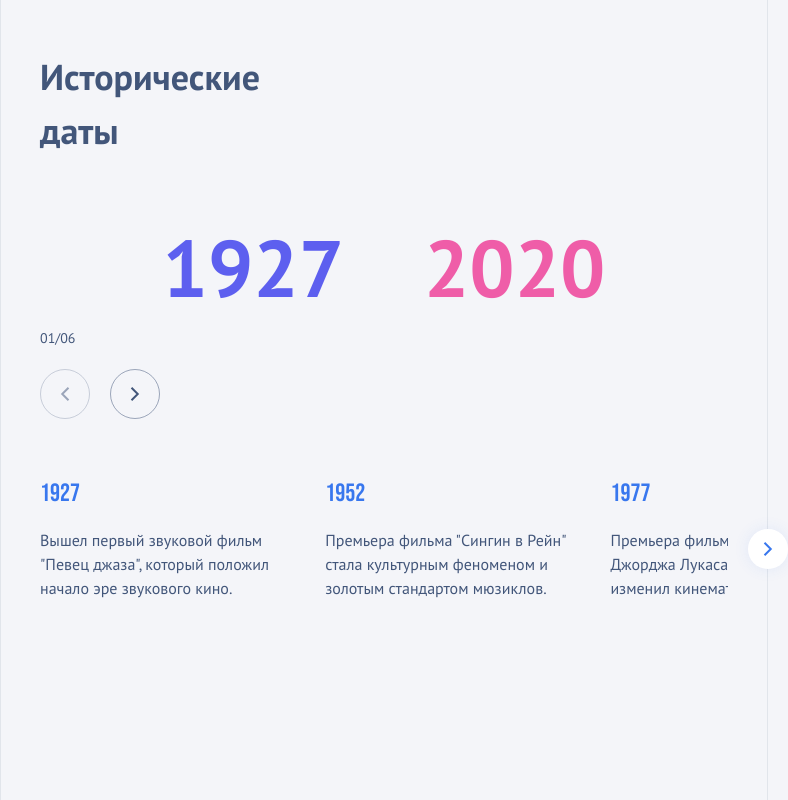
Repository: LenarTulupov/only
Page: /
An editor plug-in stored every save of this project. The page is shown before and after a run of saves, followed by the edit.
The browser window is 768 px wide. The page is 788 px wide, so the pictures cover 788 px, including what lies to the right of the window. The pictures show the whole page.
The project was rebuilt for these pictures with package versions that can differ from the ones it lists, and the page was loaded fresh each time.

Above is the page before, as saved 2024-12-19 02:11:59.

### public/index.html
<!DOCTYPE html>
<html lang="en">
  <head>
    <meta charset="utf-8" />
    <link rel="icon" href="%PUBLIC_URL%/favicon.ico" />
    <meta name="viewport" content="width=device-width, initial-scale=1" />
    <meta name="theme-color" content="#000000" />
    <meta
      name="description"
      content="Web site created using create-react-app"
    />
    <link rel="apple-touch-icon" href="%PUBLIC_URL%/logo192.png" />
    <link rel="manifest" href="%PUBLIC_URL%/manifest.json" />
    <title>Only Test</title>
  </head>
  <body>
    <noscript>You need to enable JavaScript to run this app.</noscript>
    <div id="root"></div>
  </body>
</html>

### src/index.tsx
import React from 'react';
import ReactDOM from 'react-dom/client';
import Router from './router/router';
import './globals.scss'

const root = ReactDOM.createRoot(
  document.getElementById('root') as HTMLElement
);
root.render(
  <React.StrictMode>
    <Router />
  </React.StrictMode>
);

### src/router/router.tsx
import { BrowserRouter, Route, Routes } from "react-router-dom";
import HomePage from "../pages/home/page";
import PagesLayout from "../layouts/pages-layout";

export default function Router() {
  return (
    <BrowserRouter>
      <Routes>
        <Route element={<PagesLayout />}>
          <Route path="/" element={<HomePage />} />
        </Route>
      </Routes>
    </BrowserRouter>
  )
};

### src/globals.scss
@import url('https://fonts.googleapis.com/css2?family=Bebas+Neue&family=PT+Sans:wght@400;700&display=swap');

:root {
  --background-color: #F4F5F9;
  --main-color: #42567a;
  --main-color-rgba: rgba(66, 86, 122, 0.5);
  --accent-color: #5D5FEF;
  --light-accent-color: #3877EE;
  --accent-second: #EF5DA8;
  --font-main: "PT Sans", serif;
  --font-second: "Bebas Neue", serif;
  --line-height: 150%;
  --font-size-main: 56px;
  --font-size-small: 14px;
  --font-size-big: 200px;
}
body {
  margin: 0;
  padding: 0;
  background-color: var(--background-color);
  color: var(--black-color);
  font-family: var(--font-main);
  line-height: var(--line-height);
}
ul {
  padding: 0;
  margin: 0;
}

li {
  list-style-type: none;
}

a {
  color: var(--black-color);
  text-decoration: none;
}

h1 {
  margin: 0;
}

### src/pages/home/page.tsx
import Container from "../../components/ui/container/container";
import Divider from "../../components/ui/divider/divider";
import HistorySection from "./history/history";
import styles from './page.module.scss';

export default function HomePage() {
  return (
    <div className={styles['home-page']}>
      <Container>
        <div className={styles['home-page__wrapper']}>
          <Divider
            position="vertical"
            className={styles.divider_vertical}
          />
          <HistorySection />
        </div>
      </Container>
    </div>
  )
};

### src/layouts/pages-layout.tsx
import { Outlet } from 'react-router-dom';
import styles from './pages-layout.module.scss';

export default function PagesLayout() {
  return (
    <div className={styles['pages-layout']}>
      <Outlet />
    </div>
  )
};

### src/components/ui/container/container.tsx
import { ReactNode } from "react"
import styles from './container.module.scss';

interface IContainer {
  children: ReactNode;
}

export default function Container({ children }: IContainer) {
  return (
    <div className={styles.container}>
      {children}
    </div>
  )
};

### src/components/ui/divider/divider.tsx
import styles from './divider.module.scss';

interface IDivider {
  position?: 'horizontal' | 'vertical';
  className?: string;
}

export default function Divider({
  position = 'horizontal', className }: IDivider) {
  return <div className={`
    ${styles.divider}
    ${styles[`divider_${position}`]}
    ${className || ''}
  `}/>
};

### src/pages/home/history/history.tsx
import { useState } from "react";
import Title from "../../../components/ui/title/title";
import { circleItems } from "../../../constants/circle-items";
import Circle from "./circle/circle";
import styles from './history.module.scss';
import StepNavigation from "./step-navigation/step-navigation";
import ContentContainer from "../../../components/ui/content-container/content-container";
import Divider from "../../../components/ui/divider/divider";
import Dates from "./dates/dates";
import HistorySlider from "./history-slider/history-slider";

export default function HistorySection() {
  const [activeButton, setActiveButton] = useState<number>(1);
  const activeCategory = circleItems.find((item) => item.id === activeButton);
  const firstDate = activeCategory?.events[0]?.year;
  const lastDate = activeCategory?.events.at(-1)?.year;
  return (
    <section className={styles.history}>
      <Title className={styles.history__title} showBefore>
        Исторические даты
      </Title>
      <div className={styles['history__circle-wrapper']}>
        <Circle
          className={styles.history__circle}
          activeButton={activeButton}
          setActiveButton={setActiveButton}
        />
        <Divider
          position="horizontal"
          className={styles['history__line-center']}
        />
        <Dates
          className={styles.history__dates}
          firstDate={firstDate}
          lastDate={lastDate}
        />
      </div>
      <ContentContainer>
        <StepNavigation
          activeButton={activeButton}
          setActiveButton={setActiveButton}
        />
        <HistorySlider
          activeCategory={activeCategory}
        />
      </ContentContainer>
    </section>
  )
};

### src/pages/home/page.module.scss
.home-page {
  &__wrapper {
    position: relative;
    min-height: 100vh;
    .divider_vertical {
      position: absolute;
      top: 0;
      left: 50%;
      transform: translateX(-50%);
      z-index: -10;
    }
  }

  &__wrapper::before {
    content: "";
    position: absolute;
    top: 0;
    bottom: 0;
    left: 0;
    width: 1px;
    background-color: var(--main-color);
    opacity: 0.1;
  }

  &__wrapper::after {
    content: "";
    position: absolute;
    top: 0;
    bottom: 0;
    right: 0;
    width: 1px;
    background-color: var(--main-color);
    opacity: 0.1;
  }
}
@media(max-width: 768px) {
  .divider_vertical {
    display: none;
  }
}

### src/components/ui/container/container.module.scss
.container {
  max-width: 1440px;
  margin: 0 auto;
}

### src/components/ui/divider/divider.module.scss
.divider {
  background-color: var(--main-color);
  opacity: 0.1;
  &_horizontal {
    width: 100%;
    height: 1px;
  }
  &_vertical {
    width: 1px;
    height: 100%;
  }
}

### src/components/ui/title/title.tsx
import { ReactNode } from 'react';
import styles from './title.module.scss';

interface ITitle {
  children: ReactNode;
  className?: string;
  color?: 'main' | 'blue' | 'light-blue' | 'pink';
  size?: 'main' | 'small'| 'big';
  showBefore?: boolean;
}

export default function Title({
  children,
  className,
  color = 'main',
  size = 'main',
  showBefore = false }: ITitle) {
  return (
    <h1
      className={`
        ${styles.title}
        ${className || ''}
        ${styles[`title__color-${color}`]}
        ${styles[`title__size-${size}`]}
        ${showBefore ? styles['title_before'] : ''}
      `}>
      {children}
    </h1>
  )
};

### src/pages/home/history/circle/circle.tsx
import { useEffect, useRef, Dispatch, SetStateAction } from 'react';
import { gsap } from 'gsap';
import { circleItems } from '../../../../constants/circle-items';
import styles from './circle.module.scss';

interface ICircle {
  className?: string;
  activeButton: number;
  setActiveButton: Dispatch<SetStateAction<number>>;
}

export default function Circle({
  className,
  activeButton,
  setActiveButton }: ICircle) {
  const circleRef = useRef<HTMLDivElement>(null);
  const buttonsRef = useRef<HTMLDivElement[]>([]);

  const handleActiveButton = (btnId: number) => {
    setActiveButton(btnId);
  };

  useEffect(() => {
    const rotationAngle = (1 - activeButton) * 60;
    gsap.to(circleRef.current, {
      rotate: rotationAngle,
      duration: 0.5,
      ease: 'power2.out',
    });

    buttonsRef.current.forEach((btn) => {
      let buttonRotation = 0;

      switch (activeButton) {
        case 2:
          buttonRotation = 60;
          break;
        case 3:
          buttonRotation = 120;
          break;
        case 4:
          buttonRotation = 180;
          break;
        case 5:
          buttonRotation = 240;
          break;
        case 6:
          buttonRotation = 300;
          break;
        default:
          buttonRotation = 0;
          break;
      }

      gsap.to(btn, {
        rotate: buttonRotation,
        duration: 0.5,
        ease: 'power2.out',
      });
    });
  }, [activeButton]);

  return (
    <div ref={circleRef} className={`${styles.circle} ${className || ''}`}>
      {circleItems.map((item, index) => {
        const btnId = index + 1;
        return (
          <div
            key={btnId}
            ref={(el) => (buttonsRef.current[index] = el!)}
            className={`
                ${styles[`circle__btn-${btnId}`]}
                ${styles.circle__btn}
                ${activeButton === btnId ? styles.active : ''}
              `}
            onClick={() => handleActiveButton(btnId)}
          >
            {btnId}
            <span
              className={`
                  ${styles['sub-title']}
                  ${activeButton === btnId ? styles.active : ''}
                `}
            >
              {item.category}
            </span>
          </div>
        );
      })}
    </div>
  );
}

### src/pages/home/history/history.module.scss
.history {
  padding: 50px 0;
  &__title {
    padding-left: 78px;
    width: 353px;
  }
  &__circle-wrapper {
    position: relative;
  }
  &__circle {
    margin: 0 auto;
  }
  &__line-center {
    position: absolute;
    top: 50%;
    left: 0;
    transform: translateY(-50%);
    z-index: -10;
  }
}
@media (max-width: 1100px) {
  .history__dates {
    font-size: 150px;
    gap: 190px !important;
  }
}
@media (max-width: 992px) {
  .history {
    &__title {
      font-size: 46px;
      padding-left: 40px;
    }
  }
}
@media (max-width: 900px) {
  .history__dates {
    font-size: 120px;
  }
}
@media (max-width: 768px) {
  .history {
    &__title {
      font-size: 36px;
      width: 230px;
    }
    &__circle {
      display: none;
    }
    &__circle-wrapper {
      margin-top: 50px;
    }
    &__dates {
      justify-content: center;
      font-size: 80px;
      position: static !important;
      gap: 80px !important;
      transform: translate(0) !important;
      text-align: center;
    }
    &__line-center {
      display: none;
    }
  }
}

### src/pages/home/history/step-navigation/step-navigation.tsx
import { Dispatch, SetStateAction } from "react";
import NavigationButtons from "./navigation-buttons/navigation-buttons";
import SliderStep from "./slider-step/slider-step";
import styles from './step-navigation.module.scss';

interface IStepNavigation {
  className?: string;
  activeButton: number;
  setActiveButton: Dispatch<SetStateAction<number>>;
}

export default function StepNavigation({
  className,
  activeButton,
  setActiveButton }: IStepNavigation) {

    const handleNext = () => {
      setActiveButton((p) => (p < 6 ? p + 1 : 1));
    };

    const handlePrev = () => {
      setActiveButton((p) => (p > 1 ? p - 1 : 6));
    };

    return (
      <div className={`${styles['step-navigation']} ${className || ''}`}>
        <SliderStep activeButton={activeButton} />
        <NavigationButtons
          handleNext={handleNext}
          handlePrev={handlePrev}
          isBeginning={activeButton === 1}
          isEnd={activeButton === 6}
        />
      </div>
    );
};

### src/components/ui/content-container/content-container.tsx
import { ReactNode } from 'react';
import styles from './content-container.module.scss';

interface IContentContainer {
  children: ReactNode;
  className?: string;
}

export default function ContentContainer({
  children, className }: IContentContainer) {
  return (
    <div className={`${styles['content-container']} ${className || ''}`}>
      {children}
    </div>
  )
};

### src/pages/home/history/dates/dates.tsx
import { useEffect, useState } from 'react';
import Title from '../../../../components/ui/title/title';
import styles from './dates.module.scss';

interface IDates {
  className?: string;
  firstDate: string;
  lastDate: string;
}

export default function Dates({ className, firstDate, lastDate }: IDates) {
  const [currentFirstDate, setCurrentFirstDate] = useState(Number(firstDate));
  const [currentLastDate, setCurrentLastDate] = useState(Number(lastDate));

  useEffect(() => {
    const animateNumber = (
      from: number,
      to: number,
      setNumber: React.Dispatch<React.SetStateAction<number>>
    ) => {
      const stepTime = 20;
      const steps = 50;
      const delta = (to - from) / steps;

      let currentStep = 0;
      const interval = setInterval(() => {
        currentStep += 1;
        const nextValue = from + delta * currentStep;
        setNumber(Math.round(nextValue));

        if (currentStep >= steps) {
          clearInterval(interval);
          setNumber(to);
        }
      }, stepTime);
    };

    animateNumber(Number(currentFirstDate), Number(firstDate), setCurrentFirstDate);
    animateNumber(Number(currentLastDate), Number(lastDate), setCurrentLastDate);
  }, [firstDate, lastDate]);
  return (
    <div className={`${styles.dates} ${className || ''}`}>
      <Title className={className} color='blue' size='big'>{currentFirstDate}</Title>
      <Title className={className} color='pink' size='big'>{currentLastDate}</Title>
    </div>
  )
};

### src/pages/home/history/history-slider/history-slider.tsx
import { useEffect, useRef, useState } from "react";
import { Swiper, SwiperClass, SwiperSlide } from "swiper/react";
import { Navigation } from "swiper/modules";
import { IHistorySlider } from "../../../../types/history-slider.interface";
import SliderContent from "./slider-content/slider-content";
import ArrowButton from "../../../../components/ui/arrow-button/arrow-button";
import "swiper/css";
import "swiper/css/navigation";
import styles from "./history-slider.module.scss";

export default function HistorySlider({ className, activeCategory }: IHistorySlider) {
  const [prevCategory, setPrevCategory] = useState(activeCategory);
  const [isBeginning, setIsBeginning] = useState(true);
  const [isEnd, setIsEnd] = useState(false);
  const containerRef = useRef<HTMLDivElement | null>(null);
  const prevRef = useRef<HTMLDivElement | null>(null);
  const nextRef = useRef<HTMLDivElement | null>(null);
  const swiperRef = useRef<SwiperClass | null>(null);

  useEffect(() => {
    if (prevCategory?.id !== activeCategory?.id) {
      if (containerRef.current) {
        containerRef.current.classList.add(styles["fade-out"]);

        setTimeout(() => {
          if (containerRef.current) {
            containerRef.current.classList.remove(styles["fade-out"]);
            setPrevCategory(activeCategory);
            containerRef.current.classList.add(styles["fade-in"]);

            setTimeout(() => {
              if (containerRef.current) {
                containerRef.current.classList.remove(styles["fade-in"]);
              }
            }, 500);
          }
        }, 500);
      }
    }
  }, [activeCategory, prevCategory]);

  useEffect(() => {
    if (swiperRef.current) {
      const { navigation } = swiperRef.current.params;

      if (navigation && typeof navigation !== 'boolean') {
        navigation.prevEl = prevRef.current;
        navigation.nextEl = nextRef.current;

        swiperRef.current.navigation.destroy();
        swiperRef.current.navigation.init();
        swiperRef.current.navigation.update();
      }

      setIsBeginning(swiperRef.current.isBeginning);
      setIsEnd(swiperRef.current.isEnd);

      swiperRef.current.on("slideChange", () => {
        setIsBeginning(swiperRef.current.isBeginning);
        setIsEnd(swiperRef.current.isEnd);
      });

      return () => {
        swiperRef.current?.off("slideChange");
      };
    }
  }, [activeCategory]);

  useEffect(() => {
    if (swiperRef.current) {
      swiperRef.current.slideTo(0, 0);
    }
  }, [activeCategory]);

  return (
    <div
      ref={containerRef}
      className={`${className || ""} ${styles["history-slider"]}`}
    >
      <Swiper
        spaceBetween={40}
        slidesPerView={1.5}
        modules={[Navigation]}
        onSwiper={(swiper) => {
          swiperRef.current = swiper;
        }}
        breakpoints={{
          1200: {
            spaceBetween: 80,
            slidesPerView: 3.5
          },
          768: {
            slidesPerView: 2.5,
            spaceBetween: 25
          },
        }}
      >
        {activeCategory?.events.map((event) => (
          <SwiperSlide key={event.id}>
            <SliderContent year={event.year} text={event.title} />
          </SwiperSlide>
        ))}
      </Swiper>

      {!isBeginning && (
        <div ref={prevRef} className={styles.prev}>
          <ArrowButton
            onClick={() => swiperRef.current?.slidePrev()}
            slider
            disabled={isBeginning}
          />
        </div>
      )}
      {!isEnd && (
        <div ref={nextRef} className={styles.next}>
          <ArrowButton
            rotation="right"
            onClick={() => swiperRef.current?.slideNext()}
            slider
            disabled={isEnd}
          />
        </div>
      )}
    </div>
  );
}

### src/components/ui/title/title.module.scss
.title {
  line-height: 150%;
  position: relative;
  &::before {
    content: "";
    position: absolute;
    top: 50%;
    transform: translateY(-50%);
    left: 0;
    height: 120px;
    width: 6px;
    background: linear-gradient(to bottom, var(--accent-color) 0%, var(--accent-second) 100%);
    visibility: hidden;
  }
  &.title_before::before {
    visibility: visible;
    @media(max-width: 768px) {
      visibility: hidden;
    }
  }
  &__color-main {
    color: var(--main-color);
  }

  &__color-blue {
    color: var(--accent-color);
  }
  &__color-light-blue {
    color: var(--light-accent-color);
  }

  &__color-pink {
    color: var(--accent-second);
  }

  &__size-main {
    font-size: var(--font-size-main);
  }
  &__size-small {
    font-size: var(--font-size-small);
  }

  &__size-big {
    font-size: var(--font-size-big);
  }
}

### src/pages/home/history/circle/circle.module.scss
.circle {
  position: relative;
  width: 530px;
  height: 530px;
  border: 1px solid rgba(66, 86, 122, 0.1);
  border-radius: 100%;
  display: flex;
  justify-content: center;
  align-items: center;
  transform-origin: center;
}

.circle__btn {
  position: absolute;
  display: flex;
  align-items: center;
  justify-content: center;
  width: 6px;
  height: 6px;
  border: none;
  background-color: var(--main-color);
  border-radius: 100%;
  color: var(--main-color);
  line-height: 30px;
  font-size: 0;
  cursor: pointer;
  transition: width 0.3s ease-in-out, height 0.3s ease-in-out, font-size 0.3s ease-in-out;
}

.circle__btn::before {
  content: "";
  position: absolute;
  top: 50%;
  left: 50%;
  transform: translate(-50%, -50%);
  width: 25px;
  height: 25px;
  border-radius: 100%;
  background: transparent;
}

.sub-title {
  position: absolute;
  top: 50%;
  left: 0;
  transform: translateY(-50%);
  margin-left: 76px;
  font-weight: bold;
  opacity: 0;
  transition: opacity 0.3s ease-in-out;
}

.sub-title.active {
  opacity: 1;
}

.circle__btn:hover,
.circle__btn.active {
  width: 56px;
  height: 56px;
  font-size: 16px;
  background-color: #f4f5f9;
  outline: 1px solid rgba(48, 62, 88, 0.5);
}

.circle__btn-1 {
  transform: rotate(300deg) translateX(265px) rotate(-300deg);
}
.circle__btn-2 {
  transform: rotate(0deg) translateX(265px) rotate(0deg);
}
.circle__btn-3 {
  transform: rotate(60deg) translateX(265px) rotate(-60deg);
}
.circle__btn-4 {
  transform: rotate(120deg) translateX(265px) rotate(-120deg);
}
.circle__btn-5 {
  transform: rotate(180deg) translateX(265px) rotate(-180deg);
}
.circle__btn-6 {
  transform: rotate(240deg) translateX(265px) rotate(-240deg);
}

### src/pages/home/history/step-navigation/navigation-buttons/navigation-buttons.tsx
import ArrowButton from '../../../../../components/ui/arrow-button/arrow-button';
import styles from './navigation-buttons.module.scss';

interface INavigationButtons {
  handleNext: () => void;
  handlePrev: () => void;
  isBeginning: boolean;
  isEnd: boolean;
}

export default function NavigationButtons({
  handleNext,
  handlePrev,
  isBeginning,
  isEnd }: INavigationButtons) {
  return (
    <div className={styles['navigation-buttons']}>
      <ArrowButton
        onClick={handlePrev}
        disabled={isBeginning}
      />
      <ArrowButton
        rotation='right'
        onClick={handleNext}
        disabled={isEnd}
      />
    </div>
  );
};

### src/pages/home/history/step-navigation/slider-step/slider-step.tsx
import Title from "../../../../../components/ui/title/title";
import styles from './slider-step.module.scss';

interface ISliderStep {
  activeButton: number;
}

export default function SliderStep({ activeButton }: ISliderStep) {
  return <Title size="small" className={styles.font}>0{activeButton}/06</Title>
};

### src/pages/home/history/step-navigation/step-navigation.module.scss
.step-navigation {
  display: flex;
  flex-direction: column;
  row-gap: 20px;
}

### src/components/ui/content-container/content-container.module.scss
.content-container {
  max-width: 1440px;
  margin: 0 auto;
  padding: 0 80px;
  @media(max-width: 768px) {
    padding: 0 40px;
  }
}

### src/pages/home/history/dates/dates.module.scss
.dates {
  position: absolute;
  top: 50%;
  left: 50%;
  transform: translate(-50%, -50%);
  display: flex;
  gap: 80px;
  z-index: -1;
}

### src/pages/home/history/history-slider/slider-content/slider-content.tsx
import Text from "../../../../../components/ui/text/text";
import Title from "../../../../../components/ui/title/title";
import styles from './slider-content.module.scss';

interface ISliderContent {
  year: string;
  text: string;
}

export default function SliderContent({ year, text }: ISliderContent) {
  return (
    <div className={styles['slider-content']}>
      <Title
        size="small"
        color="light-blue"
        className={styles['slider-content__title']}
      >
        {year}
      </Title>
      <Text text={text} />
    </div>
  )
};

### src/components/ui/arrow-button/arrow-button.tsx
import styles from './arrow-button.module.scss';

interface IArrowButton {
  rotation?: 'left' | 'right'
  onClick?: () => void;
  slider?: boolean;
  disabled?: boolean;
  className?: string;
}

export default function ArrowButton({
  rotation,
  onClick,
  slider = false,
  disabled = false,
  className}: IArrowButton) {
  return (
    <button
      className={`
        ${styles['arrow-button']}
        ${styles[rotation]}
        ${slider ? styles['arrow-button_slider'] : ''}
        ${className || ''}
        ${disabled ? styles.disabled : ''}
      `}
      onClick={onClick}
      disabled={disabled}
    >
      <svg width="10" height="14" viewBox="0 0 10 14" fill="none" xmlns="http://www.w3.org/2000/svg">
        <path d="M8.49988 0.750001L2.24988 7L8.49988 13.25" stroke="#42567A" stroke-width="2" />
      </svg>
    </button>
  )
};

### src/pages/home/history/history-slider/history-slider.module.scss
.history-slider {
  position: relative;
  margin-top: 56px;
}
.next {
  position: absolute;
  top: 50%;
  transform: translateY(-50%);
  right: -60px;
  z-index: 10;
}
.prev {
  position: absolute;
  top: 50%;
  transform: translateY(-50%);
  left: -60px;
  z-index: 10;
}

.fade-out {
  opacity: 0;
  transition: opacity 0.5s ease;
}
.fade-in {
  opacity: 1;
  transition: opacity 0.5s ease;
}

### src/pages/home/history/step-navigation/navigation-buttons/navigation-buttons.module.scss
.navigation-buttons {
  display: flex;
  column-gap: 20px;
}
.disabled {
  opacity: .5;
  cursor: auto;
}

### src/pages/home/history/step-navigation/slider-step/slider-step.module.scss
.font {
  font-weight: 400;
}

### src/components/ui/text/text.tsx
import styles from './text.module.scss';

interface IText {
  text: string;
}

export default function Text({ text }: IText) {
  return (
    <div className={styles.text}>
        { text }
    </div>
  )
};

### src/pages/home/history/history-slider/slider-content/slider-content.module.scss
.slider-content {
  display: flex;
  flex-direction: column;
  row-gap: 15px;
  cursor: grabbing;
  &__title {
    font-family: var(--font-second);
    font-weight: 400;
    font-size: 25px;
  }
}

### src/components/ui/arrow-button/arrow-button.module.scss
.arrow-button {
  width: 50px;
  height: 50px;
  display: flex;
  align-items: center;
  justify-content: center;
  border: 1px solid var(--main-color-rgba);
  background-color: transparent;
  border-radius: 100%;
  cursor: pointer;
}
.arrow-button_slider {
  width: 40px;
  height: 40px;
  background-color: #fff;
  border: none;
  box-shadow: 0 0 15px 0 rgba(56, 119, 238, 0.1);
  svg path {
    stroke: var(--light-accent-color);
  }
}
.left {
  transform: rotate(0deg);
}
.right {
  transform: rotate(180deg);
}
.disabled {
  opacity: .5;
  cursor: auto;
}

### src/components/ui/text/text.module.scss
.text {
  color: var(--main-color);
}

Loaded but not shown: src/constants/circle-items.ts (122 lines, source omitted); src/layouts/pages-layout.module.scss (no stored copy; drawn as an empty file)

After the next 3 saves:
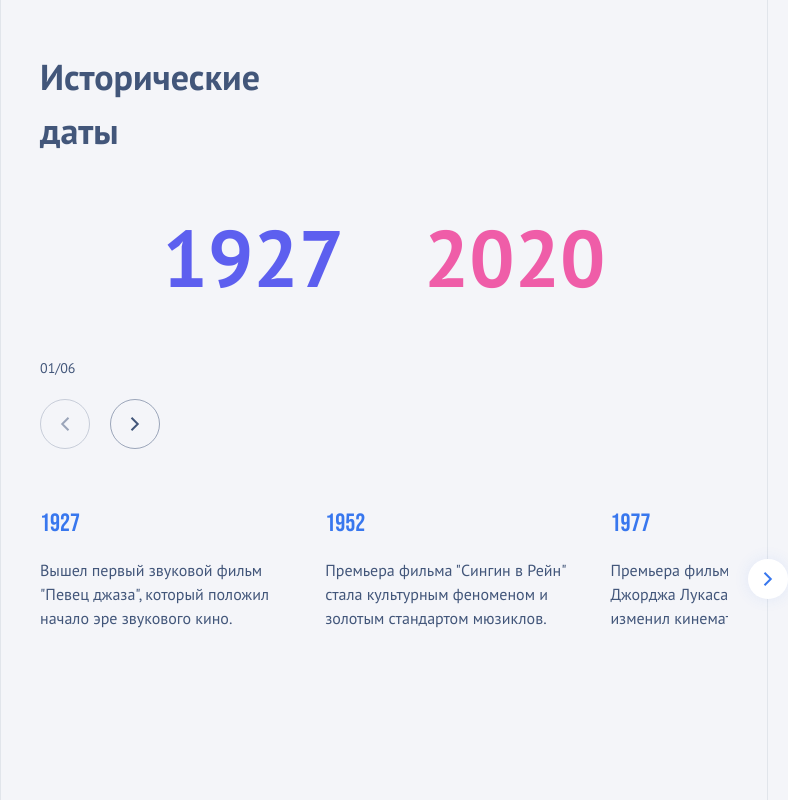
The 3 saves are shown as one change because they came seconds apart.
The last was saved 18 s later.
--- a/src/pages/home/history/history.module.scss
+++ b/src/pages/home/history/history.module.scss
@@ -47,7 +47,7 @@
       display: none;
     }
     &__circle-wrapper {
-      margin-top: 50px;
+      margin: 40px 0;
     }
     &__dates {
       justify-content: center;
